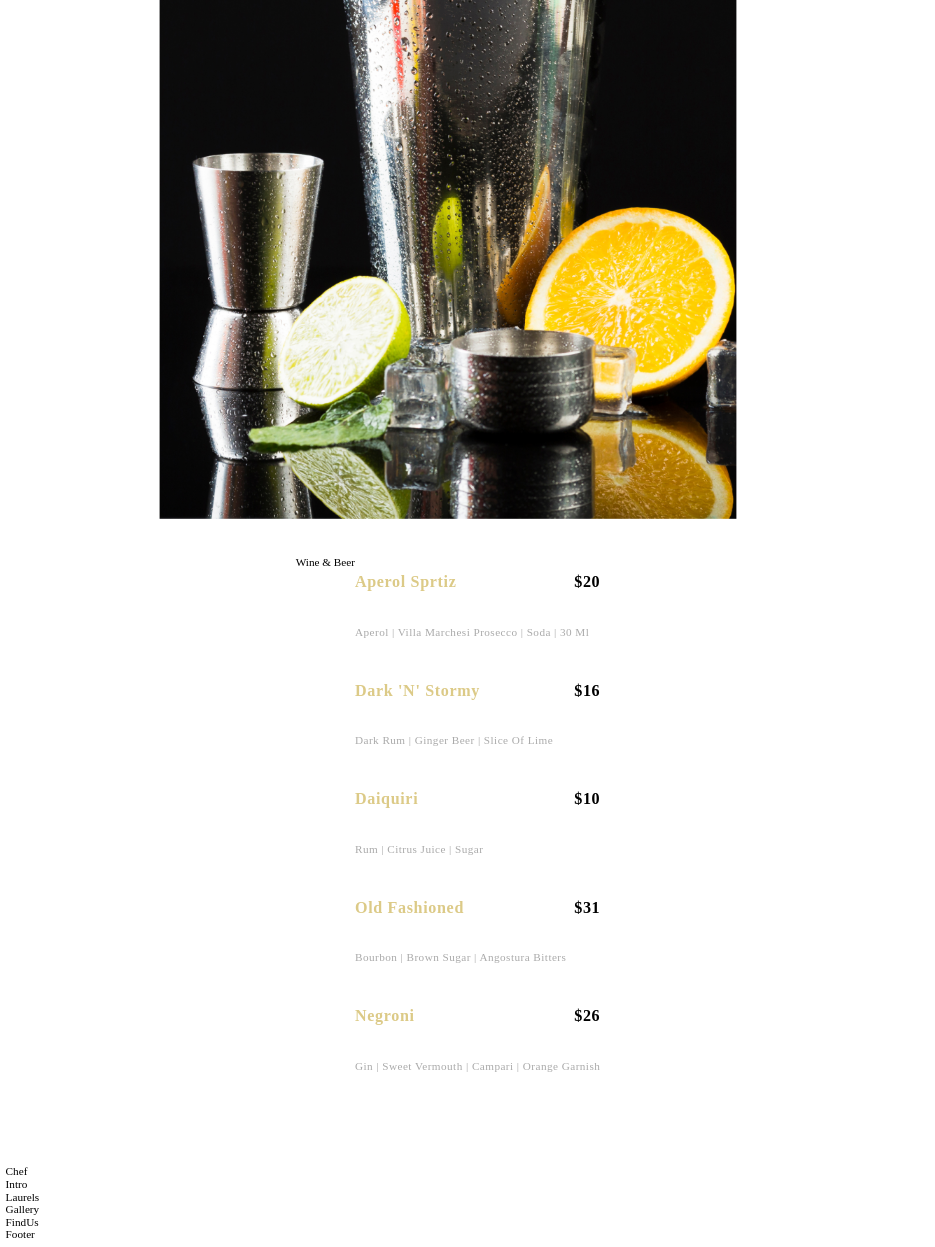
Repository: remydev47/restaurant
Page: /
These files come from the project's save history. The page is drawn as it stood at one moment and after the next save; the edit follows.
The browser window is 1280 px wide. The page is 1336 px wide, so the pictures cover 1336 px, including what lies to the right of the window. The pictures show the part of the page from y = 4180 to 6020 px (the page is 5961 px tall before and 6020 px after), at 70% of full size.
Backgrounds fixed to the window are drawn as part of the page. The project was rebuilt for these pictures with package versions that can differ from the ones it lists, and the page was loaded fresh each time. Also part of the build but not shown: src/container/Chef/Chef.css, src/components/Footer/Newsletter.jsx, src/components/Footer/FooterOverlay.jsx. Imported but missing from the stored project, and not drawn on this page: src/assets/meal.mp4.

Above is the page before, as saved 2022-03-16 08:16:25.

After the next save:
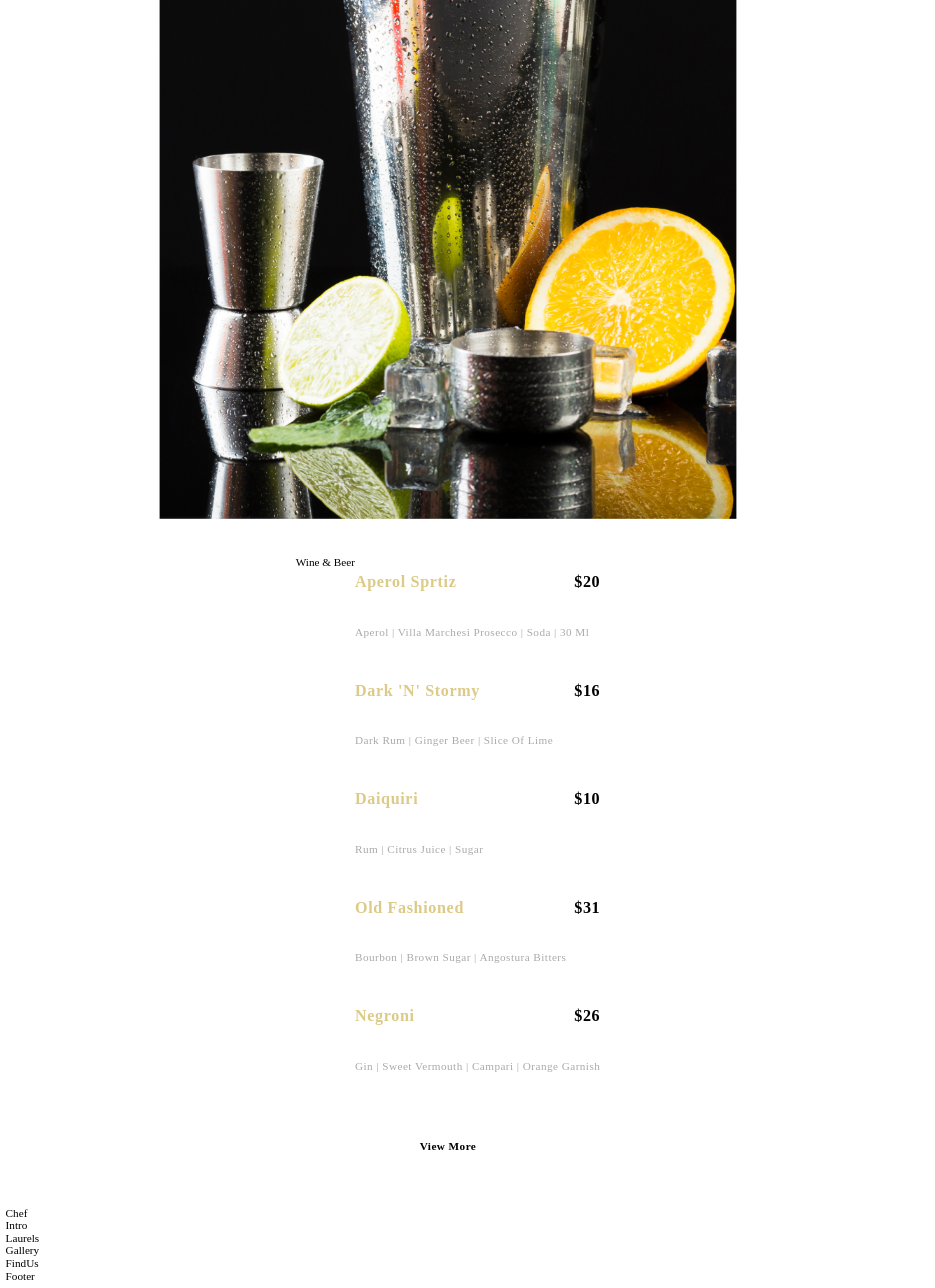
Saved 8 h 44 min later.
--- a/src/container/Menu/SpecialMenu.jsx
+++ b/src/container/Menu/SpecialMenu.jsx
@@ -36,6 +36,9 @@ const SpecialMenu = () => (
         ))}
       </div>
     </div>
+    <div style={{marginTop: '15px'}}>
+      <button  type="button" className="custom__button">View More</button>
+    </div>
   </div>
 );
 
